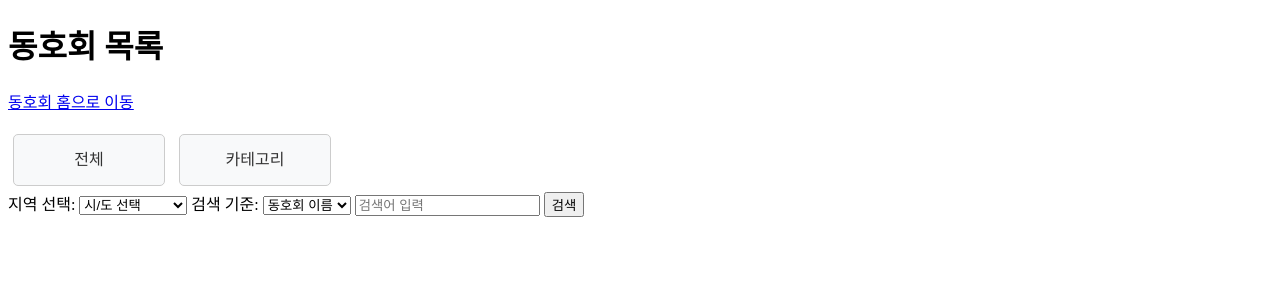
Repository: HB1112/cloud
Page: http://localhost/Solocare/WEB-INF/views/club/clubList.jsp
An editor plug-in stored every save of this project. The page is shown before and after the next save, followed by the edit.
The browser window is 1280 px wide. The pictures show the whole page.
The page is served by Tomcat 9. Nobody is signed in. Other server files are loaded and not shown. The template is opened directly, without the code that normally fills it, so the values that code supplies are empty.

Above is the page before, as saved 2024-12-16 05:18:26.

### Solocare/src/main/webapp/WEB-INF/views/club/clubList.jsp
<%@ page language="java" contentType="text/html; charset=UTF-8"
    pageEncoding="UTF-8"%>
<%@ taglib uri="http://java.sun.com/jsp/jstl/core" prefix="c" %>
<!DOCTYPE html>
<html>
<head>
    <meta charset="UTF-8">
    <title>동호회 목록</title>
    <style>
        .club-container {
            display: flex;
            flex-wrap: wrap;
            gap: 10px;
        }
        .club-box {
            border: 1px solid #ccc;
            padding: 10px;
            width: calc(25% - 10px);
            box-sizing: border-box;
            cursor: pointer;
            transition: background-color 0.3s;
            background-color: #f8f9fa; /* 클럽 박스 배경색 */
        }
        .club-box:hover {
            background-color: #e2e6ea; /* 호버 시 배경색 */
        }
        .category-link {
            display: inline-block; /* 블록 요소로 설정 */
            width: 150px; /* 고정 너비 */
            height: 50px; /* 고정 높이 */
            margin: 5px;
            border: 1px solid #ccc; /* 기존 리스트와 동일한 테두리 색상 */
            background-color: #f8f9fa; /* 클럽 박스와 동일한 배경색 */
            color: #333; /* 텍스트 색상 */
            text-decoration: none;
            text-align: center; /* 텍스트 중앙 정렬 */
            line-height: 50px; /* 세로 중앙 정렬 */
            border-radius: 5px;
            transition: background-color 0.3s;
        }
        .category-link:hover {
            background-color: #e2e6ea; /* 호버 시 배경색 유지 */
        }
    </style>
</head>
<body>
    <h1>동호회 목록</h1>
    <p><a href="${pageContext.request.contextPath}/club/board">동호회 홈으로 이동</a></p>
    <div>
        <a class="category-link" href="list">전체</a>
        <span class="category-link" id="categoryToggle">카테고리</span>
        <div class="dropdown" id="categoryDropdown" style="display: none;">
            <a class="category-link" href="list?category=스포츠 및 e스포츠">스포츠 및 e스포츠</a>
            <a class="category-link" href="list?category=자기개발">자기개발</a>
            <a class="category-link" href="list?category=봉사 및 사회적 활동">봉사 및 사회적 활동</a>
            <a class="category-link" href="list?category=문화 및 예술">문화 및 예술</a>
            <a class="category-link" href="list?category=여행 및 탐험">여행 및 탐험</a>
        </div>
        <!-- 지역 선택 폼 -->
	    <div>

    	</div>
    </div>

    <!-- 검색 폼 수정 -->
    <form method="GET" action="${pageContext.request.contextPath}/club/list">
    	<label for="regionSelect">지역 선택:</label>
	        <select name="region" id="regionSelect">
	            <option value="">시/도 선택</option>
	            <option value="서울특별시">서울특별시</option>
	            <option value="인천광역시">인천광역시</option>
	            <option value="대전광역시">대전광역시</option>
	            <option value="광주광역시">광주광역시</option>
	            <option value="대구광역시">대구광역시</option>
	            <option value="울산광역시">울산광역시</option>
	            <option value="부산광역시">부산광역시</option>
	            <option value="경기도">경기도</option>
	            <option value="강원도">강원도</option>
	            <option value="충청북도">충청북도</option>
	            <option value="충청남도">충청남도</option>
	            <option value="전라북도">전라북도</option>
	            <option value="전라남도">전라남도</option>
	            <option value="경상북도">경상북도</option>
	            <option value="경상남도">경상남도</option>
	            <option value="제주특별자치도">제주특별자치도</option>
	        </select>
        <label for="searchType">검색 기준:</label>
        <select name="searchType" id="searchType">
            <option value="clubName">동호회 이름</option>
            <option value="clubDescription">설명</option>
        </select>
        <input type="text" name="query" placeholder="검색어 입력" required>

        <button type="submit">검색</button>
    </form>

    <div class="club-container">
        <c:forEach var="club" items="${clubs}">
            <div class="club-box" onclick="location.href='detail/${club.clubNum}'">
                <h3>${club.clubName}</h3>
                <p>회장: ${club.clubLeader}</p>
                <p>설명: ${club.clubDescription}</p>
                <p>카테고리: ${club.clubCategory}</p>
                <p>위치: ${club.region} ${club.district} </p>
            </div>
        </c:forEach>
    </div>

</body>
<script type="text/javascript">
        document.getElementById("categoryToggle").addEventListener("click", function() {
            var dropdown = document.getElementById("categoryDropdown");
            if (dropdown.style.display === "none" || dropdown.style.display === "") {
                dropdown.style.display = "block"; // 드롭다운 보이기
            } else {
                dropdown.style.display = "none"; // 드롭다운 숨기기
            }
        });
</script>
</html>

After the next save:
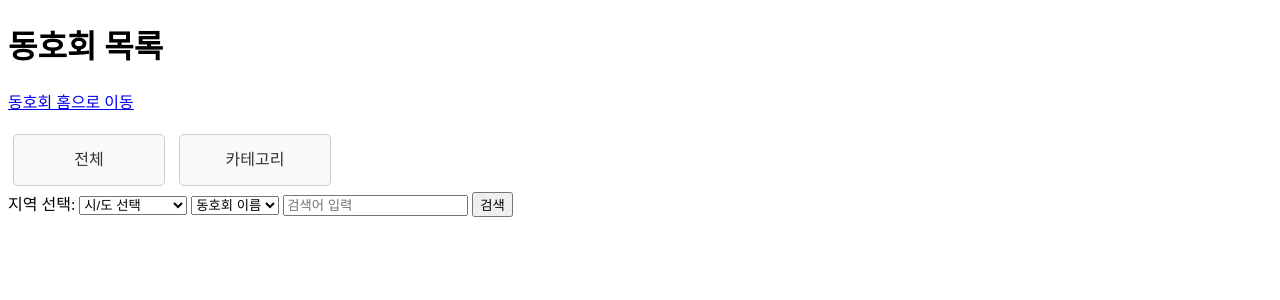
Saved 16 s later.
--- a/Solocare/src/main/webapp/WEB-INF/views/club/clubList.jsp
+++ b/Solocare/src/main/webapp/WEB-INF/views/club/clubList.jsp
@@ -84,7 +84,6 @@
 	            <option value="경상남도">경상남도</option>
 	            <option value="제주특별자치도">제주특별자치도</option>
 	        </select>
-        <label for="searchType">검색 기준:</label>
         <select name="searchType" id="searchType">
             <option value="clubName">동호회 이름</option>
             <option value="clubDescription">설명</option>
